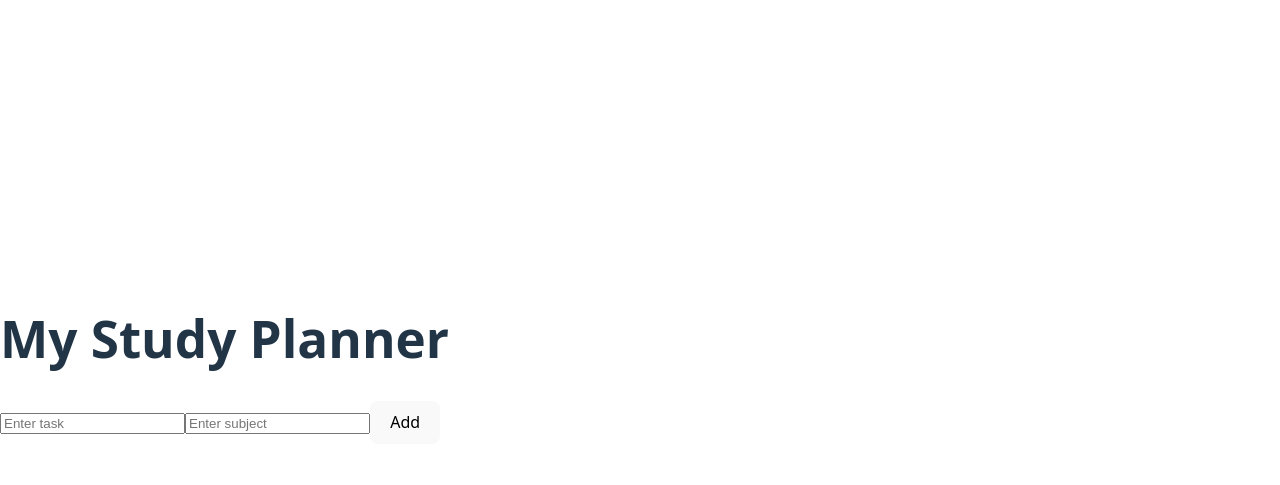
Repository: Reno-mathews/Study-Planner-MERN
Page: / (app in client/)
The author's editor kept a copy of each file at every save. The page is drawn from the files as they stood at one save, then again after the next save.
The browser window is 1280 px wide. The pictures show the whole page.
The page's requests for data from a server got no answer. The project was rebuilt for these pictures with package versions that can differ from the ones it lists, and the page was loaded fresh each time. No one was signed in, and anything a server would have sent is missing. Also part of the build but not shown: client/vite.config.js.

Above is the page before, as saved 2026-01-14 12:59:32.

### client/src/App.jsx
import { useEffect, useState } from "react";

function App() {
  const [tasks, setTasks] = useState([]);
  const [newTask, setNewTask] = useState("");
  const [subject, setSubject] = useState("");
  const [filterSubject, setFilterSubject] = useState("All");

  useEffect(() => {
    fetchTasks();
  }, []);

  const fetchTasks = async () => {
    const res = await fetch("http://localhost:5000/api/tasks");
    const data = await res.json();
    setTasks(data);
  };

  const addTask = async (e) => {
    e.preventDefault();

    if(!newTask) return;

    const res = await fetch("http://localhost:5000/api/tasks", {
      method: "POST",
      headers: {
        "Content-Type": "application/json",
      },
      body: JSON.stringify({ title: newTask, subject}),
    });

    const data = await res.json();
    setTasks([...tasks, data]);
    setNewTask("");
    setSubject("");
  };

    const toggleComplete = async (id) => {
      const res = await fetch(`http://localhost:5000/api/tasks/${id}`, {
        method:"PATCH",
      });

      const updatedTask = await res.json();

      setTasks(
        tasks.map((task) =>
        task.id === id ? updatedTask : task
      )
      );
    };

    const deleteTask = async (id) => {
      await fetch(`http://localhost:5000/api/tasks/${id}`, {
        method: "DELETE",
      });

      setTasks(tasks.filter((task) => task.id !== id));
    };

    const subjects = ["All", ...new Set(tasks.map((task) => task.subject))];


  return (
    <div>
      <h1>My Study Planner</h1>

      <form onSubmit={addTask}>
        <input
          type="text"
          placeholder="Enter task"
          value={newTask}
          onChange={(e) => setNewTask(e.target.value)}
        />

        <input
          type="text"
          placeholder="Enter subject"
          value={subject}
          onChange={(e) => setSubject(e.target.value)}
        />
        <button type="submit">Add</button>
      </form>

      {tasks.map((task) => (
        <div key={task.id}>
          <span
            style={{
              textDecoration: task.completed ? "line-through" : "none",
            }}
            >
            {task.title} - <strong>{task.subject}</strong>
            </span>

            <button onClick={() => toggleComplete(task.id)}>
              {task.completed ? "Undo" : "Complete"}
            </button>

            <button onClick={() => deleteTask(task.id)}>
              Delete
            </button>
        </div>
      ))}
    </div>
  );
}

export default App;

Loaded but not shown: client/index.html (common file); client/src/main.jsx (common file); client/src/index.css (common file)

After the next save:
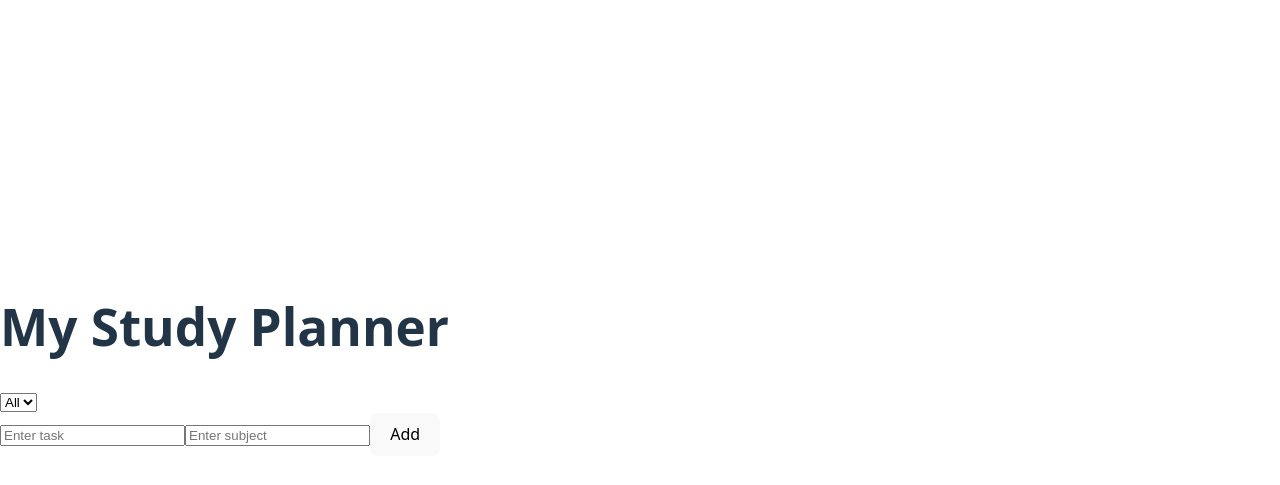
Saved 4 min 16 s later.
--- a/client/src/App.jsx
+++ b/client/src/App.jsx
@@ -64,6 +64,14 @@ function App() {
     <div>
       <h1>My Study Planner</h1>
 
+      <select value={filterSubject} onChange={(e) => setFilterSubject(e.target.value)}>
+        {subjects.map((subj, index) => (
+          <option key={index} value={subj}>
+            {subj}
+          </option>
+        ))}
+      </select>
+
       <form onSubmit={addTask}>
         <input
           type="text"
